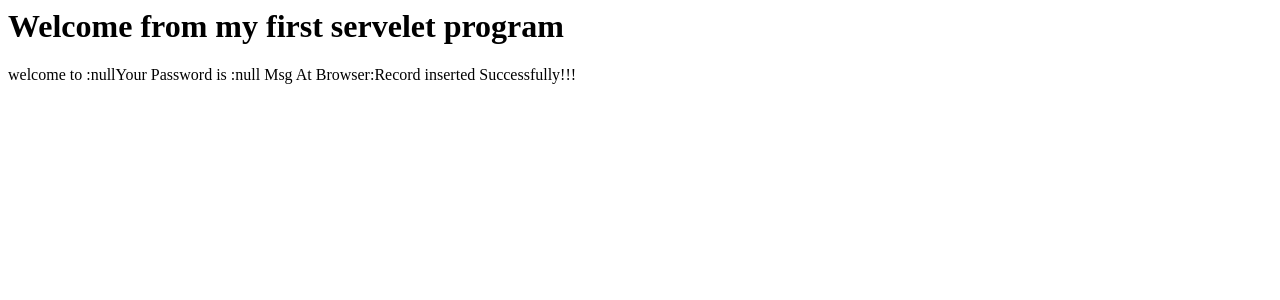
Repository: riyabisht11/AdvanceJavaTraining
Page: http://localhost/SecondServletProject/WelcomeBack
The author's editor kept a copy of each file at every save. The page is drawn from the files as they stood at one save, then again after the next save.
The browser window is 1280 px wide. The pictures show the whole page.
The page is served by Tomcat 9.

Above is the page before, as saved 2023-02-15 04:35:48.

After the next save:
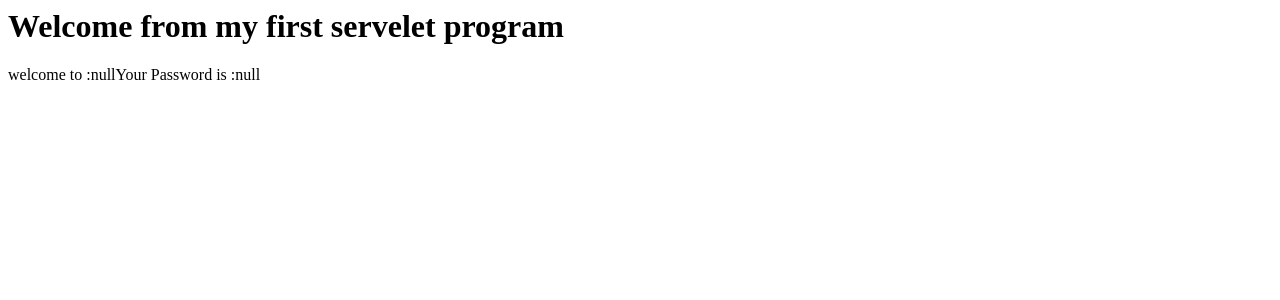
Saved 91 s later.
--- a/SecondServletProject/src/secondservlet/WelcomeBack.java
+++ b/SecondServletProject/src/secondservlet/WelcomeBack.java
@@ -42,21 +42,7 @@ public class WelcomeBack extends HttpServlet {
 		ps.executeUpdate();
 		ps.close();
 		con.close();
-
-	//	if(b) {
-			out.print("\nMsg At Browser:Record inserted Successfully!!!");
-			System.out.println("\nMsg At Console:Record inserted Successfully!!!");
-	//	}
-
 		}
-		catch(Exception e) {}{
-
-		}
-
-
-
-
-
+		catch(Exception e) {}{}
 	}
-
 }
